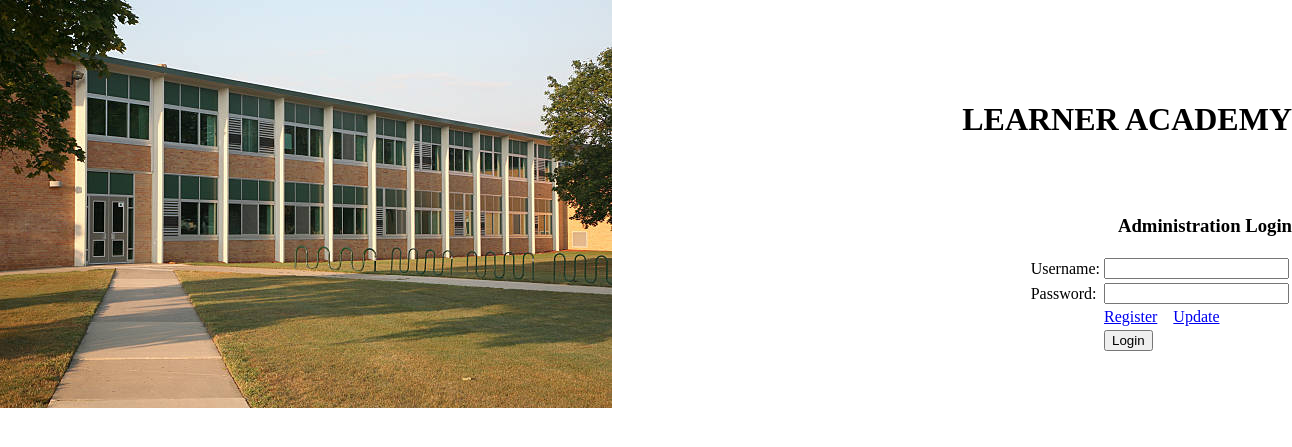
Repository: priyankagit8692/Phase_2_SimpliLearn-
Page: http://localhost/LearnerAcademyProject/AdminLogin.jsp
The author's editor kept a copy of each file at every save. The page is drawn from the files as they stood at one save, then again after the next save.
The browser window is 1280 px wide. The page is 1292 px wide, then 1280 px, so the pictures cover 1292 px, including what lies to the right of the window. The pictures show the whole page.
The page is served by Tomcat 9. Other server files are loaded and not shown.

Above is the page before, as saved 2021-03-20 15:01:01.

### FinalProjectPhase2/LearnerAcademyProject/WebContent/AdminLogin.jsp
<%@ page language="java" contentType="text/html; charset=ISO-8859-1"
    pageEncoding="ISO-8859-1"%>
<!DOCTYPE html>
<html>
<head>
<meta charset="ISO-8859-1">
<title>Insert title here</title>
</head>
<style>
body {
  background-image: url("images/academy.jpg");
  background-repeat: no-repeat;
  max-width: 200%;
  height: auto;
}
div {
  transform: translate(20px,80px);
}
</style>
<body>
  <div align='right'>
  <h1>LEARNER  ACADEMY</h1> <br><br>
  <h3>Administration Login</h3>
  <form action="adminLogin" method="post" cellpadding="5" cellspacing="5">
    <table>
        <tr>
            <td>Username:</td>
            <td><input type="text" name="uname"></td>
        </tr>
        <tr>
            <td>Password:</td>
            <td><input type="password" name="password"></td>
        </tr>
        <tr>
            <td></td>
            <td><a href="AdminRegistration.jsp">Register</a>&nbsp&nbsp&nbsp&nbsp<a href="AdminUpdate.jsp">Update</a></td>
        </tr>
        <tr>
            <td></td>
            <td>
                <button type="submit">Login</button>
            </td>
        </tr>
    </table>
    <br>
    <c:if test="${not empty msg}">
        <c:out value="${msg}"/>
    </c:if>


</form>
  </div>
</body>
</html>

After the next save:
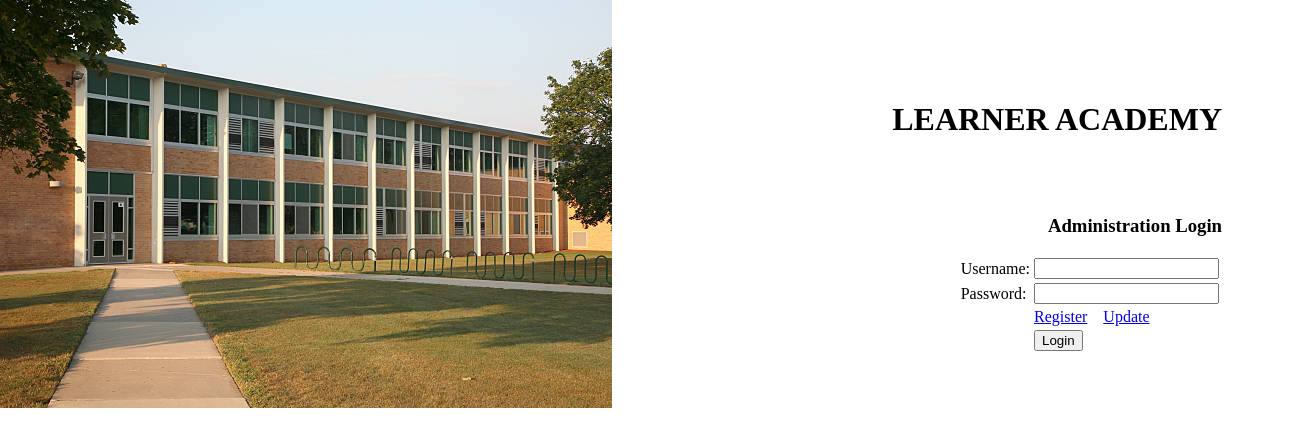
Saved 14 s later.
--- a/FinalProjectPhase2/LearnerAcademyProject/WebContent/AdminLogin.jsp
+++ b/FinalProjectPhase2/LearnerAcademyProject/WebContent/AdminLogin.jsp
@@ -14,7 +14,7 @@ body {
   height: auto;
 }
 div {
-  transform: translate(20px,80px);
+  transform: translate(-50px,80px);
 }
 </style>
 <body>
